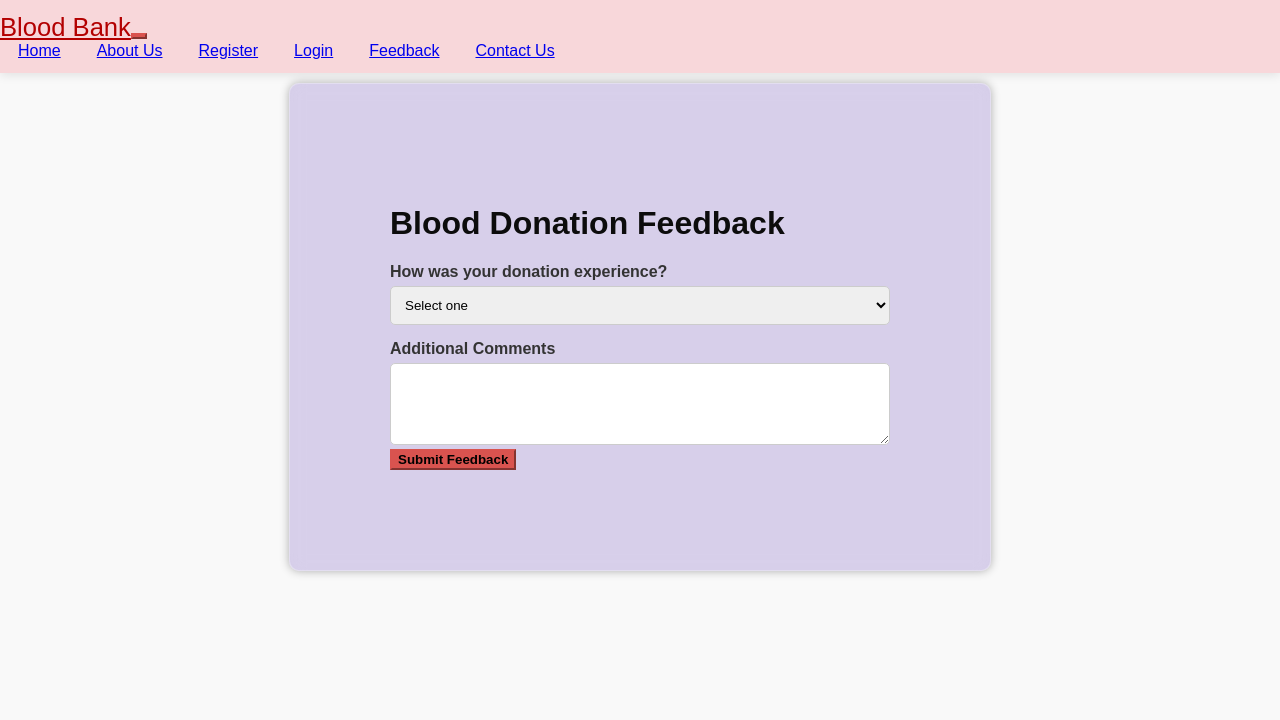
Repository: krismehta02/MINI-PROJECT-MAY
Page: /feedback (app in blood-donation-frontend/)
The author's editor kept a copy of each file at every save. The page is drawn from the files as they stood at one save, then again after the next save.
The browser window is 1280 px wide. The pictures show the whole page.
The project was rebuilt for these pictures with package versions that can differ from the ones it lists, and the page was loaded fresh each time. Also part of the build but not shown: blood-donation-frontend/vite.config.js, blood-donation-frontend/src/pages/Home.jsx, blood-donation-frontend/src/pages/AboutUs.jsx, blood-donation-frontend/src/pages/Register.jsx, blood-donation-frontend/src/pages/Login.jsx, blood-donation-frontend/src/pages/ContactUs.jsx, blood-donation-frontend/src/pages/PatientDashboard.jsx, blood-donation-frontend/src/pages/DonorDashboard.jsx.

Above is the page before, as saved 2025-05-12 08:33:15.

### blood-donation-frontend/src/index.css
body {
  font-family: Arial, sans-serif;
  background-color: #f9f9f9;
  margin: 0;
  padding: 0;
}

.container {
  background-color: #ffffff;
  padding: 20px 30px;
  border-radius: 10px;
  box-shadow: 0 2px 15px rgba(0,0,0,0.1);
  margin-bottom: 40px;
  margin-top: 100px; /* Prevent navbar overlap */
  max-width: 900px; /* Set max width for page content */
  margin-left: auto;
  margin-right: auto;
  text-align: center;
}

.container h1 {
  color: #d9534f;
  margin-bottom: 20px;
}

.container textarea {
  resize: none;
}

button {
  background-color: #d9534f;
  border-color: #d9534f;
}

button:hover {
  background-color: #c9302c;
  border-color: #ac2925;
}

.container label {
  font-weight: bold;
}

.container textarea {
  margin-bottom: 20px;
  border-radius: 5px;
  padding: 10px;
}

### blood-donation-frontend/src/App.jsx
import React from 'react';
import { BrowserRouter as Router, Routes, Route } from 'react-router-dom';
import AppNavbar from './components/Navbar';
import Home from './pages/Home';
import AboutUs from './pages/AboutUs';
import Register from './pages/Register';
import Login from './pages/Login';
import Feedback from './pages/Feedback';
import ContactUs from './pages/ContactUs';
import PatientDashboard from './pages/PatientDashboard';
import DonorDashboard from './pages/DonorDashboard'; // New import

function App() {
  return (
    <Router>
      <AppNavbar />
      <Routes>
        <Route path="/" element={<Home />} />
        <Route path="/about" element={<AboutUs />} />
        <Route path="/register" element={<Register />} />
        <Route path="/login" element={<Login />} />
        <Route path="/feedback" element={<Feedback />} />
        <Route path="/contact" element={<ContactUs />} />
        {/* Protected Dashboard Routes */}
        <Route path="/patient-dashboard" element={<PatientDashboard />} />
        <Route path="/donor-dashboard" element={<DonorDashboard />} /> {/* New route */}
      </Routes>
    </Router>
  );
}

export default App;

### blood-donation-frontend/src/components/Navbar.jsx
import { Container, Nav, Navbar } from "react-bootstrap";
import { Link } from "react-router-dom";

function AppNavbar() {
  return (
    <Navbar
      expand="lg"
      sticky="top"
      style={{
        backgroundColor: "#f8d7da",
        paddingTop: "0.8rem",
        paddingBottom: "0.8rem",
        boxShadow: "0 2px 10px rgba(0, 0, 0, 0.1)",
      }}
    >
      <Container fluid="md">
        <Navbar.Brand
          as={Link}
          to="/"
          className="fw-bold"
          style={{ fontSize: "1.6rem", color: "#b30000" }}
        >
          Blood Bank
        </Navbar.Brand>

        <Navbar.Toggle aria-controls="navbar-nav" className="border-0" />
        <Navbar.Collapse id="navbar-nav" className="justify-content-end">
          <Nav className="gap-2">
            {[
              { to: "/", label: "Home" },
              { to: "/about", label: "About Us" },
              { to: "/register", label: "Register" },
              { to: "/login", label: "Login" },
              { to: "/feedback", label: "Feedback" },
              { to: "/contact", label: "Contact Us" },
            ].map((item, index) => (
              <Nav.Link
                key={index}
                as={Link}
                to={item.to}
                className="btn btn-outline-danger"
                style={{
                  borderRadius: "30px",
                  padding: "6px 18px",
                  fontWeight: 500,
                }}
              >
                {item.label}
              </Nav.Link>
            ))}
          </Nav>
        </Navbar.Collapse>
      </Container>
    </Navbar>
  );
}

export default AppNavbar;

### blood-donation-frontend/src/pages/Feedback.jsx
import React, { useState } from 'react';
import '../Feedback.css';

function Feedback() {
  const [formData, setFormData] = useState({
    rating: '',
    comments: '',
  });

  // Handle form input changes
  const handleChange = (e) => {
    const { name, value } = e.target;
    setFormData({ ...formData, [name]: value });
  };

  // Handle form submission (Create feedback)
  const handleSubmit = async (e) => {
    e.preventDefault();

    // Check if rating and comments are filled
    if (!formData.rating || !formData.comments) {
      alert('Please provide both rating and comments.');
      return;
    }

    // Sending the feedback data to the server using fetch
    try {
      const response = await fetch('http://localhost:5000/submitFeedback', {
        method: 'POST',
        headers: {
          'Content-Type': 'application/json',
        },
        body: JSON.stringify({
          rating: formData.rating,
          comments: formData.comments,
        }),
      });

      const data = await response.json();

      if (response.ok) {
        alert('Feedback submitted successfully!');
        setFormData({ rating: '', comments: '' }); // Reset form after successful submission
      } else {
        alert('Failed to submit feedback. Please try again later.');
      }
    } catch (error) {
      console.error('Error submitting feedback:', error);
      alert('Error submitting feedback. Please try again later.');
    }
  };

  return (
    <div className="feedback-container">
      <h1>Blood Donation Feedback</h1>
      <form onSubmit={handleSubmit}>
        <label htmlFor="rating">How was your donation experience?</label>
        <select
          id="rating"
          name="rating"
          value={formData.rating}
          onChange={handleChange}
          required
        >
          <option value="">Select one</option>
          <option value="excellent">Excellent</option>
          <option value="good">Good</option>
          <option value="okay">Okay</option>
          <option value="bad">Bad</option>
        </select>

        <label htmlFor="comments">Additional Comments</label>
        <textarea
          id="comments"
          name="comments"
          rows="4"
          value={formData.comments}
          onChange={handleChange}
        ></textarea>

        <button type="submit">Submit Feedback</button>
      </form>
    </div>
  );
}

export default Feedback;

### blood-donation-frontend/src/Home.css
/* Hero Video Banner */
.video-container {
  position: relative;
 height: 65vh;
  overflow: hidden;
  margin-top: 70px;

}
.video-container video.hero-video {
  width: 100%;
  height:100%;
  object-fit: cover;
  top:0;
  left:0;
}


.welcome-card {
  background-color: rgba(255, 255, 255, 0.95);
  border-radius: 20px;
  box-shadow: 0 8px 24px rgba(0, 0, 0, 0.1);
  transition: transform 0.3s;
}
.welcome-card:hover {
  transform: scale(1.01);
}


.did-you-know-card {
  background-color: rgba(255, 255, 255, 0.92);
  border-radius: 15px;
  box-shadow: 0 4px 20px rgba(0, 0, 0, 0.1);
  margin-top: 2rem;
}
.did-you-know-card ul {
  list-style: none;
  padding-left: 0;
}
.did-you-know-card li {
  font-weight: 500;
  font-size: 1.05rem;
  color: #333;
  margin-bottom: 0.75rem;
}

/* Video Wrapper */
.video-wrapper {
  position: relative;
  width: 100%;
  border-radius: 12px;
  overflow: hidden;
  box-shadow: 0 4px 16px rgba(0, 0, 0, 0.1);
}

/* Responsive */
@media (max-width: 768px) {
  .video-container {
    height: 40vh;
  }
  .welcome-card,
  .did-you-know-card {
    padding: 1rem;
    margin: 1rem 0;
  }
  h1,
  h2 {
    font-size: 1.6rem;
  }
  p,
  li {
    font-size: 0.95rem;
  }


}

### blood-donation-frontend/src/Register.css
.register-background {
     background-image: url('/Videos/registeration_bg.jpg');
    background-size: cover;
    background-position: center;
    min-height: 80vh;
    padding-top: 10px;
  }

/*.register-container {
  max-width: 500px;
  margin: 50px auto;
  padding: 60px;
  background-color: #F48FB1;
  border: 2px solid #b80000;
  box-shadow: 0 0 10px rgba(0, 0, 0, 0.1);
  }*/

  .register-container {
    background-color: rgba(255, 255, 255, 0.2);
    backdrop-filter: blur(8px);
    border: 1px solid rgba(255, 255, 255, 0.3);
    box-shadow: 0 0 10px rgba(0, 0, 0, 0.3);
    padding: 30px;
    max-width: 500px;
    margin: 10px auto;
    border-radius: 10px;
    color: #0c0c0c;
  }


  .register-container h1 {
    text-align: center;
    color: #333;
    margin-bottom: 5px;
  }

  .register-container .form-label {
    display: block;
    margin-bottom: 10px;  /* This adds spacing between the label and the input */
    font-weight: 500;
  }

  .register-container .form-control {
    width: 100%;           /* fill the container */
    max-width: 500px;      /* optional: limit width */
    padding: 10px;
    border-radius: 5px;
  }

.form-group,
.mt-3 {
  margin-bottom: 5px;
}

/* Flex row container for horizontal layout */
.form-row {
    display: flex;
    gap: 20px;
    justify-content: space-between;
    margin-bottom: 10px;
  }

  /* Make both inputs in a row take equal space */
  .form-row .form-group {
    flex: 1;
  }


  form .form-label {
    font-weight: 500;
  }

  form .form-control {
    border-radius: 5px;
    padding: 10px;
  }

  button {
    font-weight: bold;
  }

### blood-donation-frontend/src/Feedback.css
.feedback-container {
    background-color: rgba(80, 40, 173, 0.2);
    backdrop-filter: blur(8px);
    border: 1px solid rgba(255, 255, 255, 0.3);
    box-shadow: 0 0 10px rgba(0, 0, 0, 0.3);
    padding: 100px;
    max-width: 500px;
    margin: 10px auto;
    border-radius: 10px;
    color: #0c0c0c;
  }

  /*.feedback-container h1 {
    text-align: center;
    color: #b71c1c;
    margin-bottom: 20px;
  }*/

  label {
    display: block;
    margin-top: 15px;
    margin-bottom: 5px;
    font-weight: bold;
    color: #333;
  }

  input,
  select,
  textarea {
    width: 100%;
    padding: 10px;
    border-radius: 5px;
    border: 1px solid #ccc;
    box-sizing: border-box;
  }

  /*button {
    margin-top: 20px;
    width: 100%;
    padding: 12px;
    background-color: #d32f2f;
    color: #fff;
    font-weight: bold;
    border: none;
    border-radius: 5px;
    cursor: pointer;
  }*/

  button:hover {
    background-color: #b71c1c;
  }

Loaded but not shown: blood-donation-frontend/index.html (common file); blood-donation-frontend/src/main.jsx (common file)

After the next save:
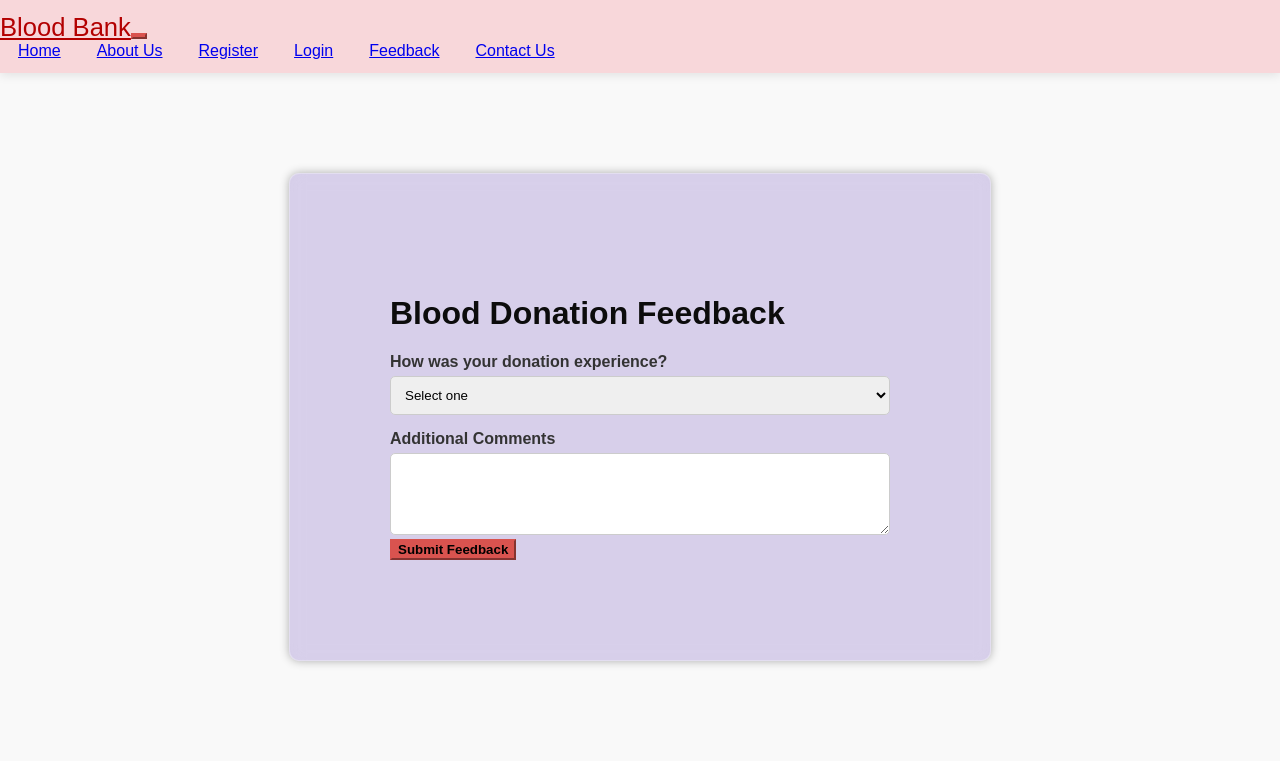
Saved 16 s later.
--- a/blood-donation-frontend/src/Feedback.css
+++ b/blood-donation-frontend/src/Feedback.css
@@ -5,7 +5,7 @@
     box-shadow: 0 0 10px rgba(0, 0, 0, 0.3);
     padding: 100px;
     max-width: 500px;
-    margin: 10px auto;
+    margin: 100px auto;
     border-radius: 10px;
     color: #0c0c0c;
   }
